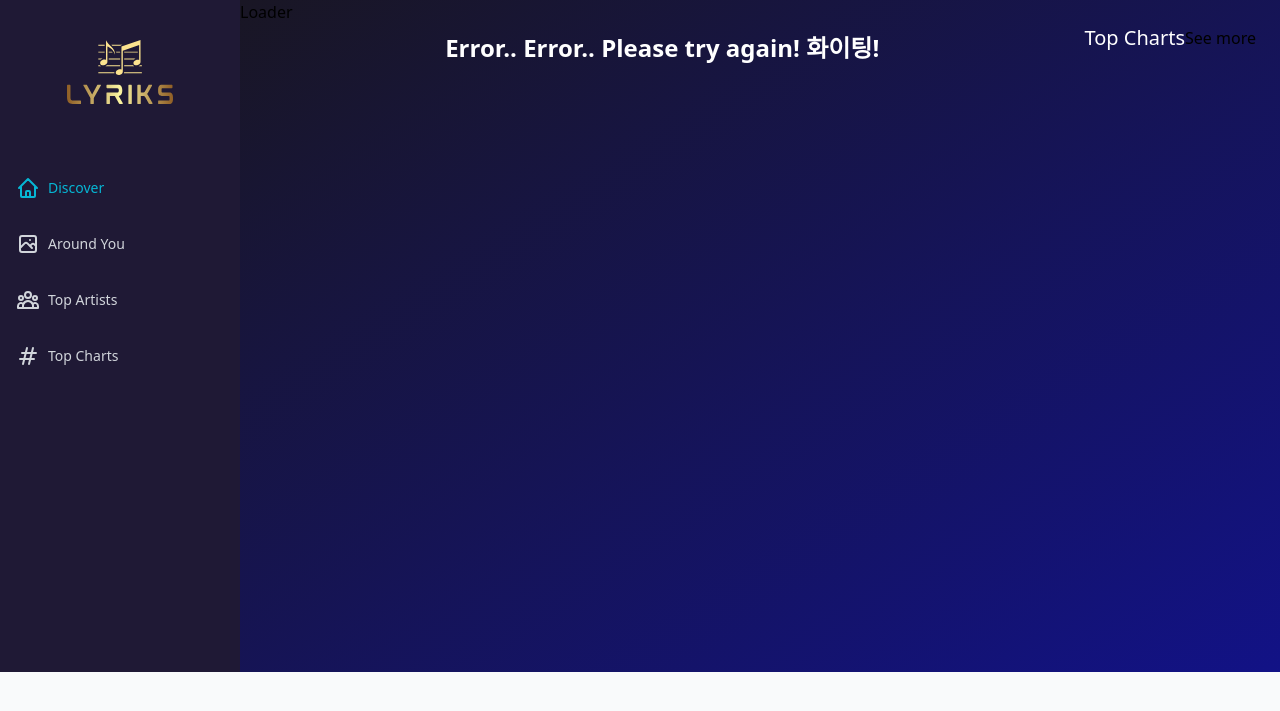
Repository: tessa5/spotify_clone
Page: /
These files come from the project's save history. The page is drawn as it stood at one moment and after the next save; the edit follows.
The browser window is 1280 px wide. The pictures show the whole page.
The page's requests for data from a server got no answer. The project was rebuilt for these pictures with package versions that can differ from the ones it lists, and the page was loaded fresh each time. No one was signed in, and anything a server would have sent is missing. Also part of the build but not shown: vite.config.js, src/components/PlayPause.jsx, src/components/SongCard.jsx, src/components/ArtistCard.jsx, src/components/DetailsHeader.jsx, src/components/SongBar.jsx, src/components/RelatedSongs.jsx, src/components/MusicPlayer/Controls.jsx and 11 more.

Above is the page before, as saved 2022-10-06 15:27:19.

After the next save:
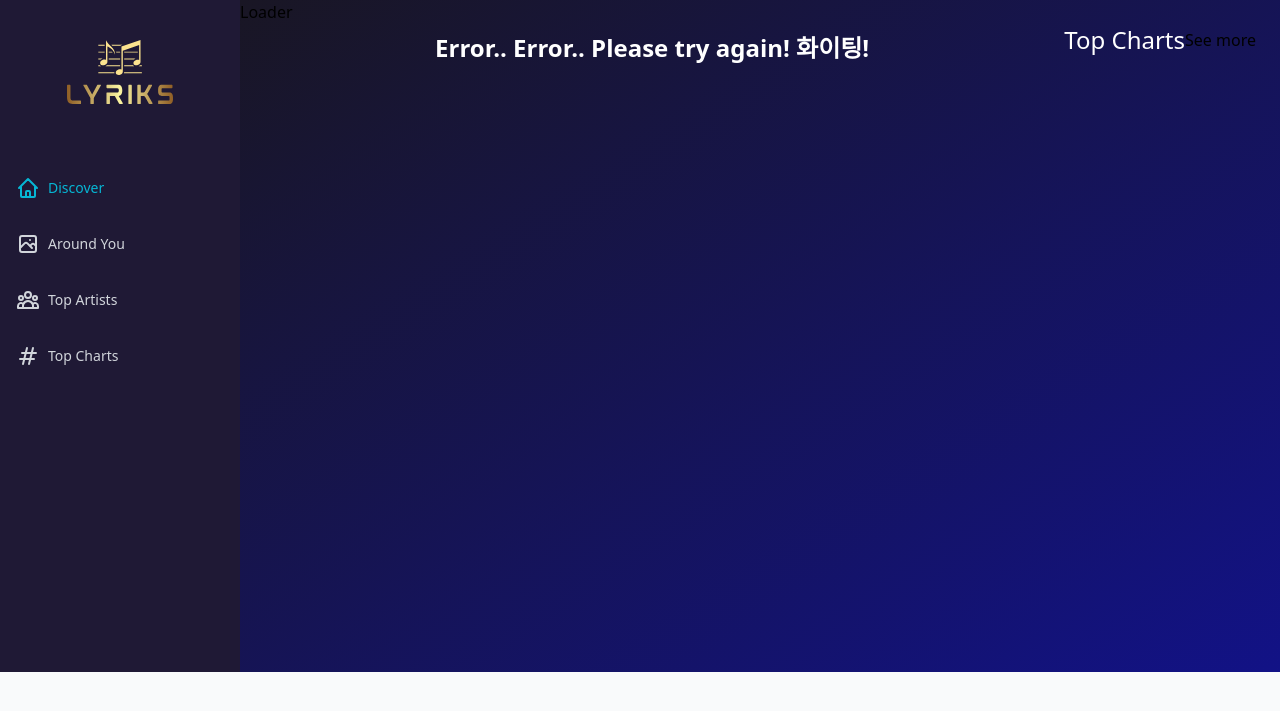
Saved 6 s later.
--- a/src/components/TopPlay.jsx
+++ b/src/components/TopPlay.jsx
@@ -35,7 +35,7 @@ const TopPlay = () => {
     <div ref={divRef} className="xl:ml-6 ml-0 xl:mb-0 mb-6 flex-1 xl:max-w-[500px] max-w-full flex flex-col">
       <div className="w-full flex flex-col">
         <div className="flex flex-row justify-between items-center">
-          <h2 className="text-white text-bold text-xl">Top Charts</h2>
+          <h2 className="text-white text-bold text-2xl">Top Charts</h2>
           <Link to='/top-charts'>
             <p>See more</p>
           </Link>
